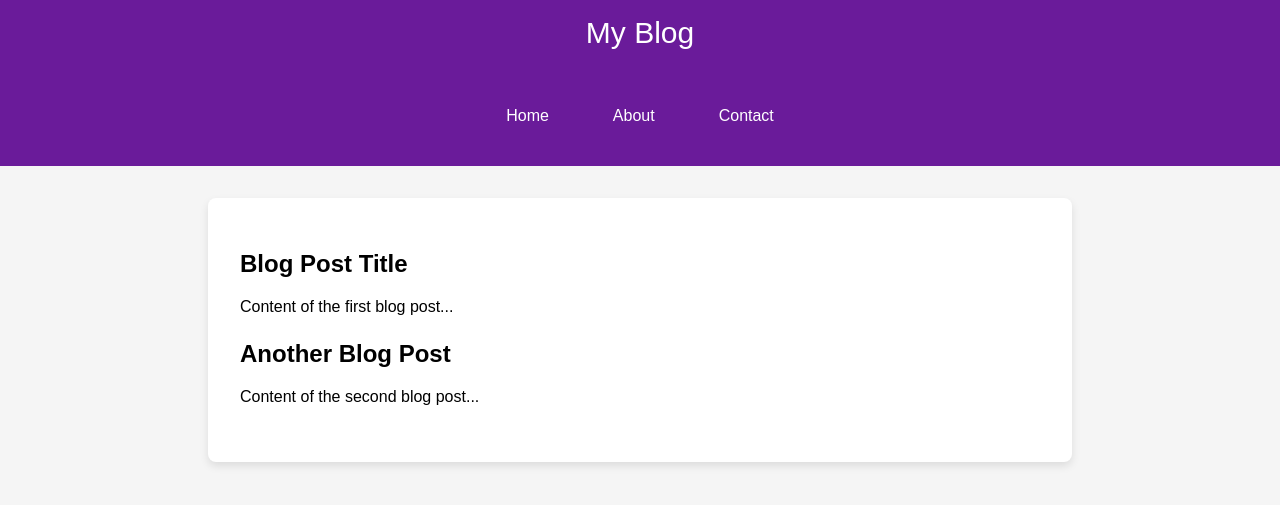
Repository: Femi007-gh/BLOG
Page: index.html
An editor plug-in stored every save of this project. The page is shown before and after the next save, followed by the edit.
The browser window is 1280 px wide. The pictures show the whole page.

Above is the page before, as saved 2025-01-08 09:39:52.

After the next save:
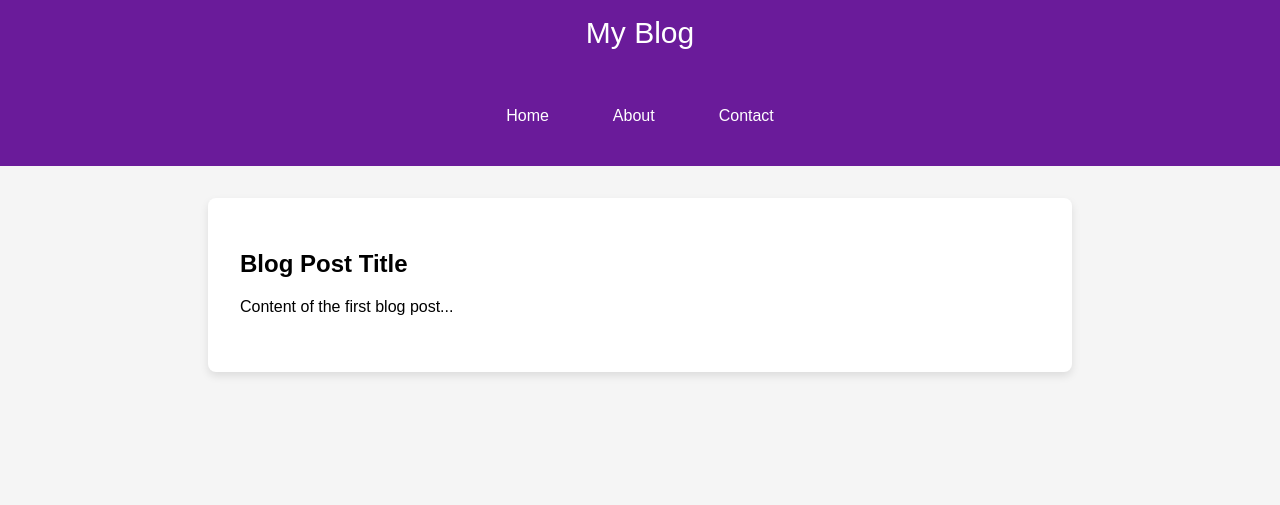
Saved 31 s later.
--- a/index.html
+++ b/index.html
@@ -17,10 +17,7 @@
         <h2>Blog Post Title</h2>
         <p>Content of the first blog post...</p>
       </div>
-      <div class="blog-post">
-        <h2>Another Blog Post</h2>
-        <p>Content of the second blog post...</p>
-      </div>
+
     </div>
 
   </body>
